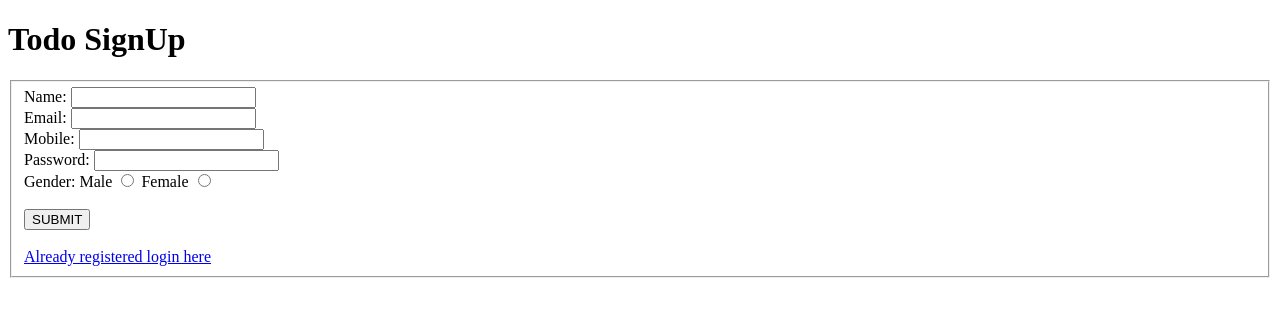
Repository: Mahalakshmigowda12/ServletProject
Page: todo_app/src/main/webapp/signup.html
The author's editor kept a copy of each file at every save. The page is drawn from the files as they stood at one save, then again after the next save.
The browser window is 1280 px wide. The pictures show the whole page.

Above is the page before, as saved 2024-02-05 07:03:13.

After the next save:
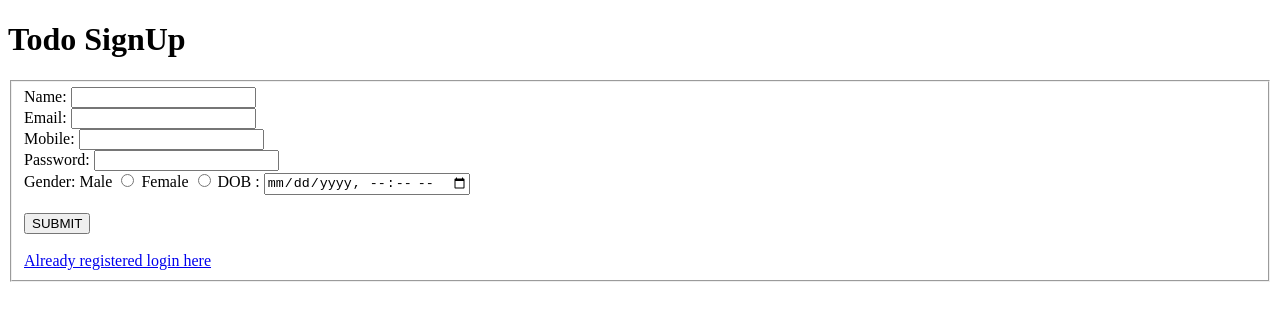
Saved 22 h 39 min later.
--- a/todo_app/src/main/webapp/signup.html
+++ b/todo_app/src/main/webapp/signup.html
@@ -12,7 +12,9 @@ Name: <input type="text" name="nam"><br>
 Email: <input type="text" name="email"><br>
 Mobile: <input type="number" name="mobile"><br>
 Password: <input type="password" name="password"> <br>
-Gender: Male <input type="radio" name="gender" value="male"> Female <input type="radio" name="gender" value="female"><br>
+Gender: Male <input type="radio" name="gender" value="male"> Female <input type="radio" name="gender" value="female">
+DOB : <input type="datetime-local" name="dob">
+<br>
 <br>
 <button>SUBMIT</button>
 <br>
